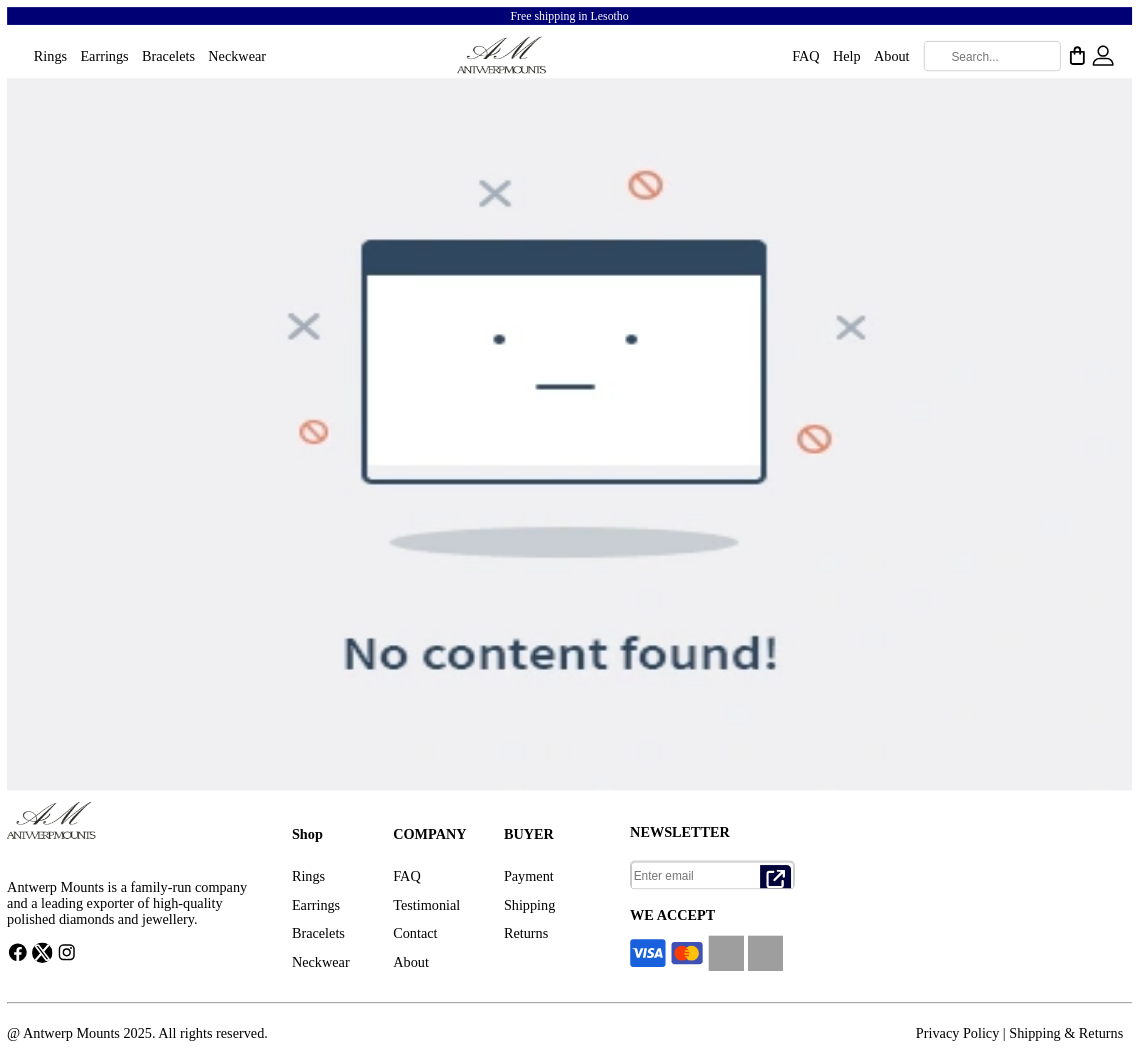
Repository: kea-0424/Web-Development-Project-1
Page: First_collaboration/JewelarySite.html
An editor plug-in stored every save of this project. The page is shown before and after the next save, followed by the edit.
The browser window is 1280 px wide. The pictures show the whole page, at 89% of full size.
Pictures or frames that could not be fetched are drawn as grey boxes.

Above is the page before, as saved 2025-01-23 11:23:44.

After the next save:
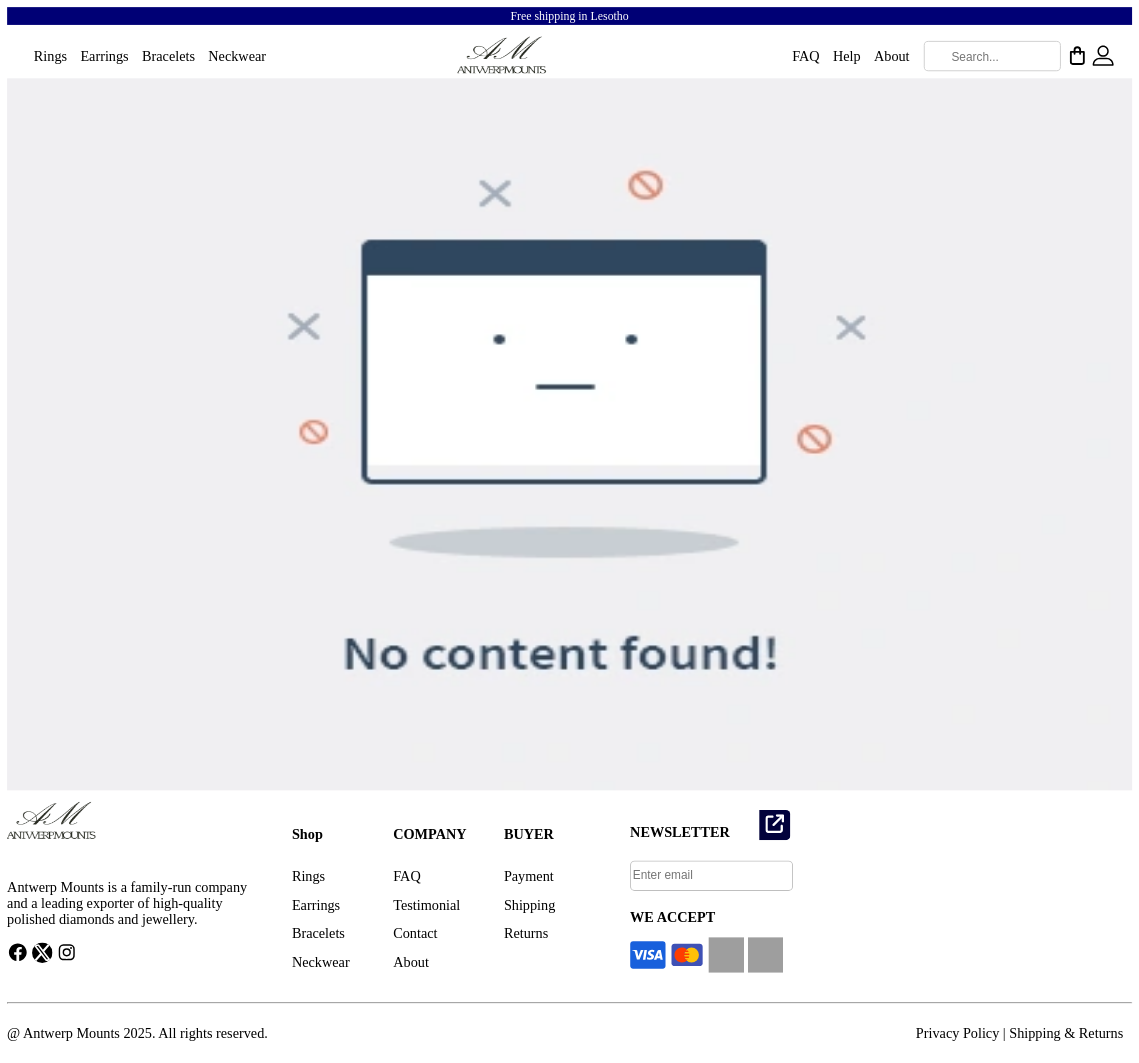
Saved 70 s later.
--- a/First_collaboration/JewelarySite.html
+++ b/First_collaboration/JewelarySite.html
@@ -93,7 +93,7 @@
         <div class="Subscription">
             <h4>NEWSLETTER</h4>
             <form action="#">
-                <div class="newsletter_input">
+                <div class="input">
                     <input type="text" placeholder="Enter email" class="newsletter_input">
                     <button type="submit" class="submit_btn"><img src="./arrow-up-right-from-square-solid.svg" alt="arrow"></button>
                 </div>
